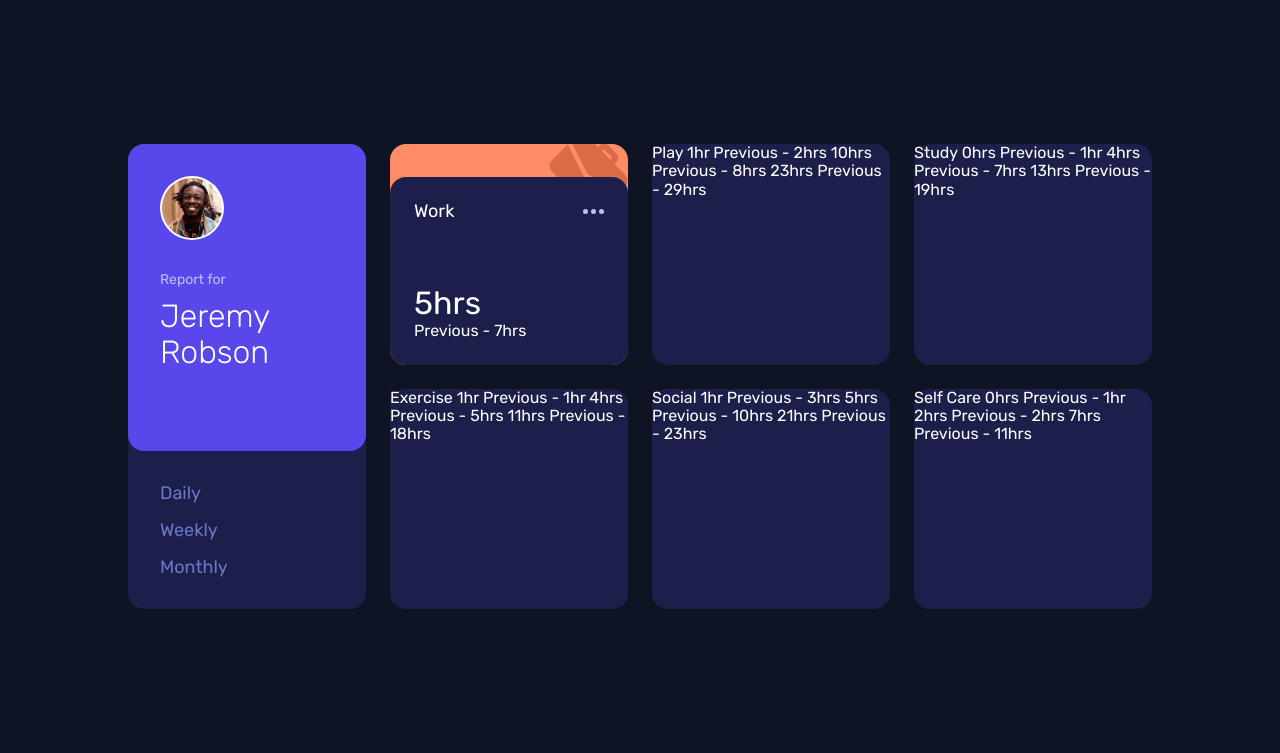
Repository: Jay-JYKim91/FM_time-tracking-dashboard
Page: index.html
An editor plug-in stored every save of this project. The page is shown before and after the next save, followed by the edit.
The browser window is 1280 px wide. The pictures show the whole page.

Above is the page before, as saved 2021-12-16 11:38:53.

After the next save:
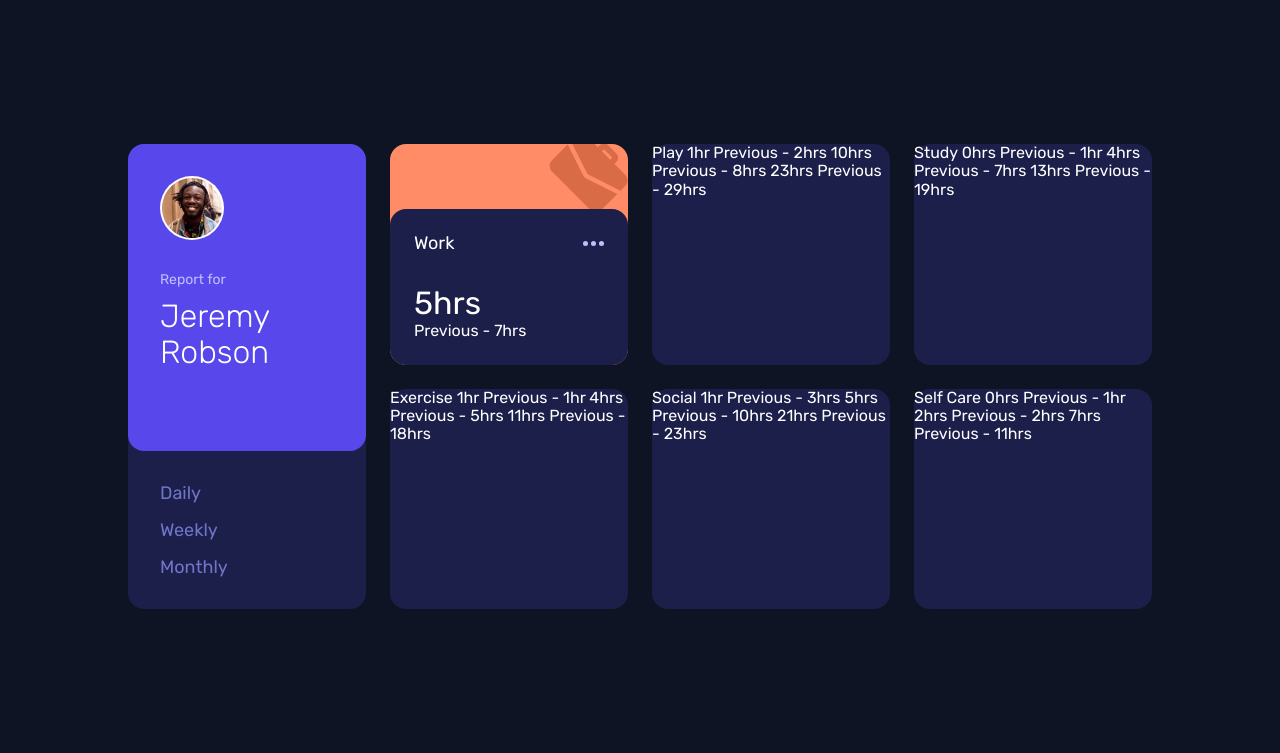
Saved 7 s later.
--- a/style.css
+++ b/style.css
@@ -102,7 +102,7 @@ p {
 }
 .time {
   font-size: 2rem;
-  margin-top: 2em;
+  margin-top: 1em;
 }
 
 .work-bg {
